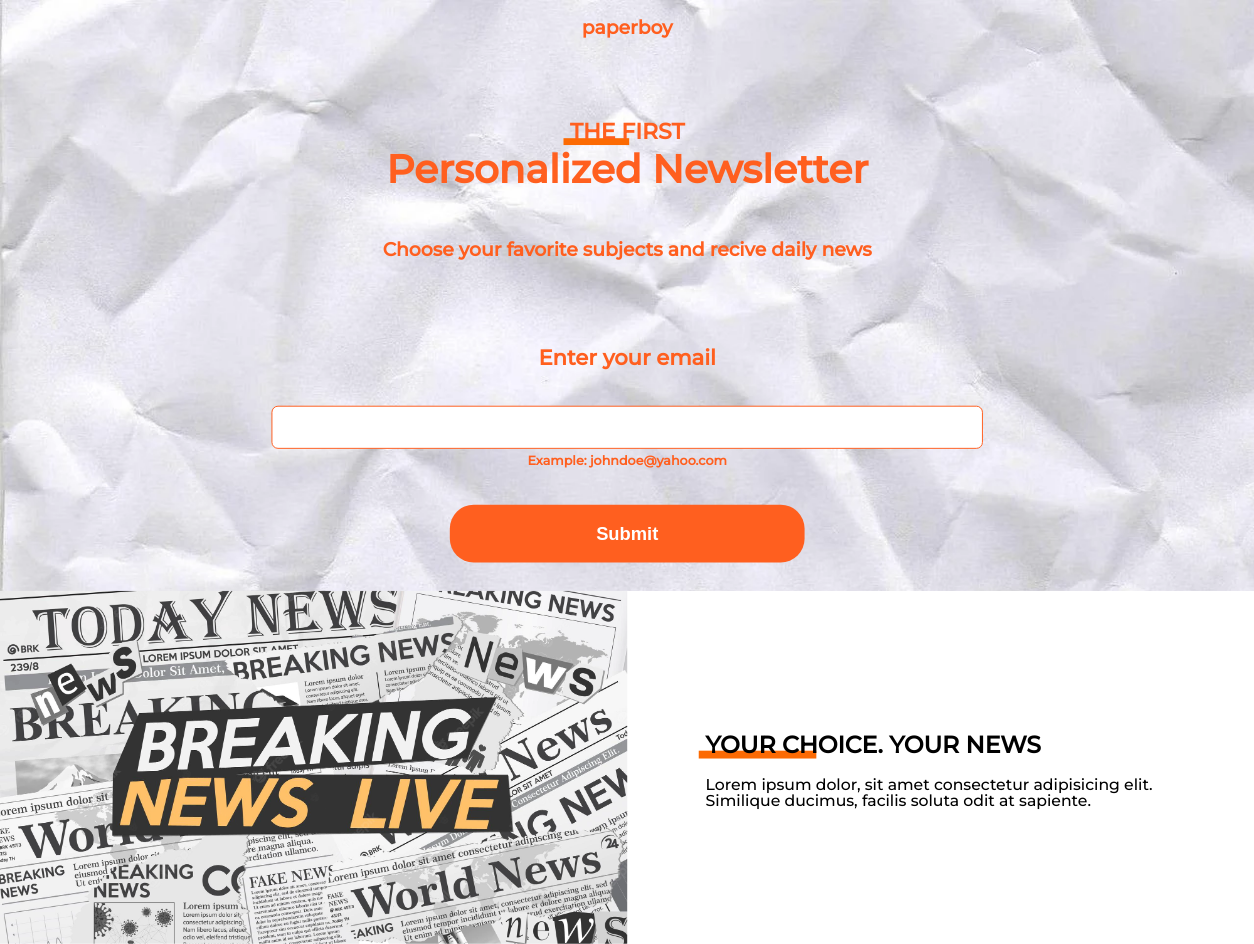
Repository: Gionnn/proiecte
Page: index.html
An editor plug-in stored every save of this project. The page is shown before and after the next save, followed by the edit.
The browser window is 1280 px wide. The pictures show the whole page, at 98% of full size.

Above is the page before, as saved 2022-11-28 14:54:35.

### index.html
<!DOCTYPE html>
<html lang="en">
  <head>
    <meta charset="UTF-8" />
    <meta name="viewport" content="width=device-width, initial-scale=1.0" />
    <meta http-equiv="X-UA-Compatible" content="ie=edge" />
    <link rel="stylesheet" href="css/main.css" />
    <title>Paperboy</title>
  </head>

  <body>
    <div class="hero-bg">
      <section class="top">
        <header>
          <a href="index.html">paperboy</a>
        </header>

        <h1><span>The first </span>Personalized Newsletter</h1>
        <p>
          Choose your favorite subjects and recive daily news
        </p>
        <div class="form-container">
          <form action="">
            <div class="form-left">
              <label for="email">Enter your email</label>
              <input type="text" name="email" id="email" />
              <p>Example: johndoe@yahoo.com</p>
            </div>
            <input type="button" value="Submit" />
          </form>
        </div>
      </section>
    </div>

    <section class="bottom">
      <div class="right-col">
        <h2>Your choice. Your news</h2>
        <p>
          Lorem ipsum dolor, sit amet consectetur adipisicing elit. Similique
          ducimus, facilis soluta odit at sapiente.
        </p>
      </div>
      <img src="images/paper.jpeg" alt="Breaking News" />
    </section>
  </body>
</html>

### css/main.css
@import url("https://fonts.googleapis.com/css2?family=Montserrat:wght@500&display=swap");

body {
  font-family: "Montserrat", sans-serif;
  margin: 0;
}

.hero-bg {
  background: url("../images/background.jpeg");
  color: #ff5f1f;
  text-align: center;
}

header {
  padding-top: 1em;
}
.hero-bg a {
  color: #ff5f1f;
  text-decoration: none;
  font-weight: bold;
  font-size: 1.2rem;
}

section {
  margin: 0 1em;
}

h1 {
  font-size: 2.5rem;
  margin: 2em 0 1.2em;
}

h1 span {
  text-transform: uppercase;
  display: block;
  font-size: 1.4rem;
  position: relative;
  z-index: 1;
}
h1 span::before {
  content: " ";
  position: absolute;
  width: 3em;
  background: #fc6a03;
  height: 0.3em;
  bottom: 0;
  z-index: -1;
  margin-left: -0.3em;
}
.hero-bg p {
  font-weight: bold;
  margin: 0 1em 3em;
  font-size: 1.2rem;
}
.form-container {
  margin: 2em -1em 0;
  padding: 2em;
}
label {
  color: #ff5f1f;
  font-weight: bold;
  display: block;
  margin-bottom: 1em;
  font-size: 1.5em;
}
input[type="text"] {
  border: 1px solid #ff5f1f;
  width: 60%;
  padding: 1em;
  box-sizing: border-box;
  border-radius: 0.5em;
  margin-top: 1.2em;
}
.form-container {
  color: #ff5f1f;
  margin-bottom: 1.5em;
  font-weight: normal;
  font-size: 0.9em;
  margin-top: 0.3em;
}
.form-container p {
  font-size: 0.9em;
  margin-top: 0.4em;
}
input[type="button"] {
  background-color: #ff5f1f;
  border: none;
  width: 30%;
  color: white;
  font-weight: bold;
  padding: 1em 0;
  border-radius: 1.3em;
  font-size: 1.3em;
  cursor: pointer;
}

input[type="button"]:hover {
  background-color: #c47508;
}

.bottom {
  margin: 0;
}

.right-col {
  text-align: center;
  margin: 3em 1em;
}

h2 {
  text-transform: uppercase;
  position: relative;
}

h2::before {
  content: " ";
  position: absolute;
  width: 5em;
  background: #fc6a03;
  height: 0.3em;
  bottom: 0;
  z-index: -1;
  margin-left: -0.3em;
}

img {
  width: 100%;
}

p {
  line-height: 1em;
}

@media (min-width: 730px) {
  section {
    margin: 0 4em;
  }
  .form-container {
    margin: 2em -4em 0;
  }
}

@media (min-width: 930px) {
  .bottom {
    display: grid;
    grid-template-columns: repeat(2, 50%);
    grid-template-areas: "paper content";
  }
  .right-col {
    grid-area: content;
    padding: 0 10%;
    text-align: left;
    align-self: center;
  }
  img {
    grid-area: paper;
  }
}

.top {
  animation: fadeIn 2s forwards;
}

@keyframes fadeIn {
  from {
    opacity: 0;
    transform: translateY(-2em);
  }
  to {
    opacity: 1;
    transform: translateY(0);
  }
}

After the next save:
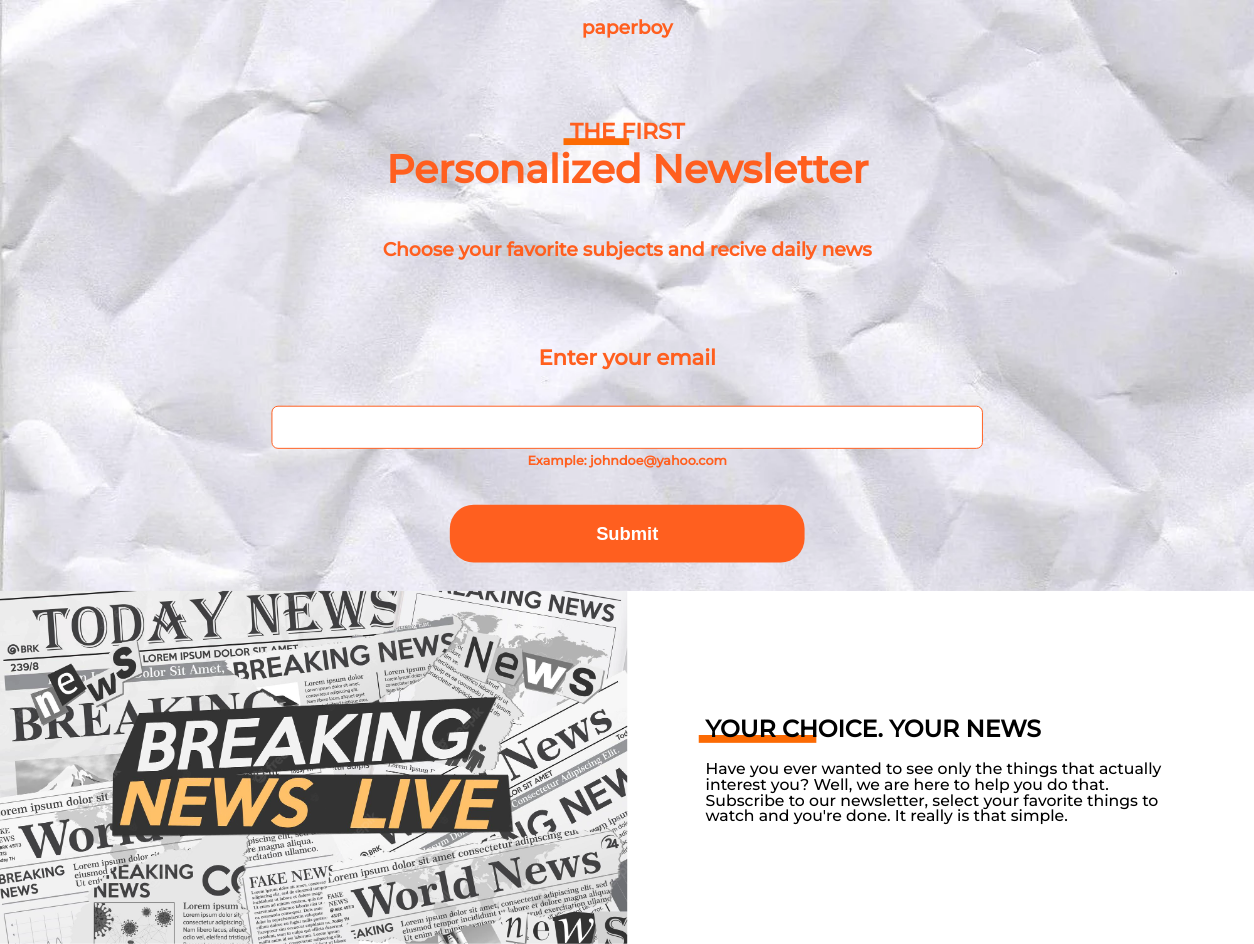
Saved 2 min 29 s later.
--- a/index.html
+++ b/index.html
@@ -36,8 +36,10 @@
       <div class="right-col">
         <h2>Your choice. Your news</h2>
         <p>
-          Lorem ipsum dolor, sit amet consectetur adipisicing elit. Similique
-          ducimus, facilis soluta odit at sapiente.
+          Have you ever wanted to see only the things that actually interest
+          you? Well, we are here to help you do that. Subscribe to our
+          newsletter, select your favorite things to watch and you're done. It
+          really is that simple.
         </p>
       </div>
       <img src="images/paper.jpeg" alt="Breaking News" />
